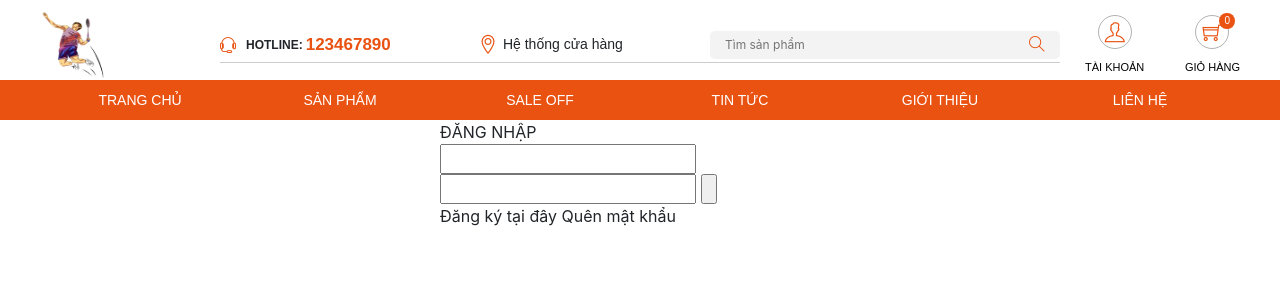
Repository: Namtran3107/CauLongSo1
Page: login.html
An editor plug-in stored every save of this project. The page is shown before and after the next save, followed by the edit.
The browser window is 1280 px wide. The pictures show the whole page.

Above is the page before, as saved 2022-12-11 14:06:09.

### login.html
<!DOCTYPE html>
<html lang="en">
<head>
    <meta charset="UTF-8">
    <meta http-equiv="X-UA-Compatible" content="IE=edge">
    <meta name="viewport" content="width=device-width, initial-scale=1.0">
    <link rel="stylesheet" href="./index.css">
    <link rel="stylesheet" href="./login.css">
    <link rel="stylesheet" href="./themify-icons-font/themify-icons/themify-icons.css">
    <link rel="stylesheet" href="https://stackpath.bootstrapcdn.com/bootstrap/4.3.1/css/bootstrap.min.css" integrity="sha384-ggOyR0iXCbMQv3Xipma34MD+dH/1fQ784/j6cY/iJTQUOhcWr7x9JvoRxT2MZw1T" crossorigin="anonymous">
    <title>Cau Long So 1</title>
</head>
<body>
    <div id="body-all-website">
        <div id="body-width-all">
            <div id="header-website-top">
                <div class="header-website">
                    <div class="header-logo-and-account-all">
                        <a href="" class="header-logo-website">
                            <img src="./img/pngtree-badminton-fitness-little-boy-image_1289549.png" alt="" class="header-logo">
                        </a>
                        <div class="header-phone-location-search">
                            <div class="header-phone-location-search-list">
                                <div class="header-phone-number">
                                    <div class="header-logo-number"><div class="ti-headphone-alt"></div></div>
                                    <div class="header-content-phone-number">HOTLINE: </div>
                                    <div class="header-phone-number-item">123467890</div>
                                </div>
                                <div class="header-location-store">
                                    <div class="header-logo-location"><div class="ti-location-pin"></div></div>
                                    <div class="header-content-location">Hệ thống cửa hàng</div>
                                </div>
                                <div class="header-search-product">
                                    <input type="text" name="" id="" class="header-input-search" placeholder="Tìm sản phẩm">
                                    <a href="" class="header-logo-search"><div class="ti-search"></div></a>
                                    <div class="header-input-history-all">
                                        <div class="header-input-history-list">
                                            <div class="header-input-history-content">
                                                <div class="header-input-history-name-content">Tìm kiếm gần đây</div>
                                            </div>
                                            <div class="header-input-history-item">
                                                <a href="" class="input-history-img"><img src="./img/history.PNG" alt=""></a>
                                                <div class="input-history-name-procduc-and-price">
                                                    <a href="" class="input-history-name-procduc"><div>Giày cầu lông trẻ em Kumpoo KH-F07J xanh chính hãng</div></a>
                                                    <div class="input-history-product-price">690.000 ₫</div>
                                                </div>
                                                <a href="" class="input-history-delete"><div class="ti-close"></div></a>
                                            </div>
                                            <div class="header-input-history-item">
                                                <a href="" class="input-history-img"><img src="./img/history.PNG" alt=""></a>
                                                <div class="input-history-name-procduc-and-price">
                                                    <a href="" class="input-history-name-procduc"><div>Giày cầu lông trẻ em Kumpoo KH-F07J xanh chính hãng</div></a>
                                                    <div class="input-history-product-price">690.000 ₫</div>
                                                </div>
                                                <a href="" class="input-history-delete"><div class="ti-close"></div></a>
                                            </div>
                                            <div class="header-input-history-item">
                                                <a href="" class="input-history-img"><img src="./img/history.PNG" alt=""></a>
                                                <div class="input-history-name-procduc-and-price">
                                                    <a href="" class="input-history-name-procduc"><div>Giày cầu lông trẻ em Kumpoo KH-F07J xanh chính hãng</div></a>
                                                    <div class="input-history-product-price">690.000 ₫</div>
                                                </div>
                                                <a href="https://www.facebook.com/" class="input-history-delete"><div class="ti-close"></div></a>
                                            </div>
                                        </div>
                                    </div>
                                </div>
                            </div>
                        </div>
                        <div class="header-account-website">
                            <div class="account-header-list">
                                <div class="account-website">
                                    <div class="logo-account-website">
                                        <div class="ti-user"></div>
                                        <div class="content-account-website content-account-website-color">TÀI KHOẢN</div>
                                        <div class="account-login-and-register">
                                            <a href="" class="account-login-register-list">
                                                <div class="account-login-register-logo"><div class="ti-share"></div></div>
                                                <div class="ccount-login-register-content">Đăng nhập</div>
                                            </a>
                                            <a href="" class="account-login-register-list">
                                                <div class="account-login-register-logo"><div class="ti-share-alt"></div></div>
                                                <div class="ccount-login-register-content">Đăng ký</div>
                                            </a>
                                        </div>
                                    </div>
                                    <div class="cart-website-header">
                                        <a href="" class="cart-website">
                                            <div class="ti-shopping-cart"></div>
                                            <div class="content-cart-website content-account-website-color">GIỎ HÀNG</div>
                                        </a>
                                        <div class="cart-list">
                                            <div class="cart-list-son">
                                                <div class="cart-list-logo"><div class="ti-bag"></div></div>
                                                <span class="cart-list-text">Không có sản phẩm nào trong giỏ hàng của bạn</span>
                                            </div>
                                        </div>
                                    </div>
                                </div>
                            </div>
                        </div>
                    </div>
                    <div class="header-menu-website">
                        <ul class="menu-website-list">
                            <li><a href="./index.html" class="menu-website-item">TRANG CHỦ</a></li>
                            <li><a href="./product.html" class="menu-website-item">SẢN PHẨM</a></li>
                            <li><a href="./saleoff.html" class="menu-website-item">SALE OFF</a></li>
                            <li><a href="./news.html" class="menu-website-item">TIN TỨC</a></li>
                            <li><a href="./recomend.html" class="menu-website-item">GIỚI THIỆU</a></li>
                            <li><a href="./contact.html" class="menu-website-item">LIÊN HỆ</a></li>
                        </ul>
                    </div>
                </div>
            </div>
            <div id="body-website-login">
                <div class="body-website-login-list">
                    <div class="body-website-login-item">
                        <div class="table-login-list">
                            <div class="login-content-list">
                                <span class="login-content-header">ĐĂNG NHẬP</span>
                                <span class="decor"></span>
                            </div>
                            <div class="login-input-list">
                                <input type="text" class="login-input-item">
                                <input type="text" class="login-input-item">
                                <input type="button" class="login-input-item">
                            </div>
                            <div class="login-input-text-list">
                                <span class="login-input-text-item">Đăng ký tại đây</span>
                                <span class="login-input-text-item">Quên mật khẩu</span>
                            </div>
                        </div>
                    </div>
                </div>
            </div>
        </div>
    </div>
</body>
</html>

### index.css
ul, body{
    padding: 0;
    margin: 0;
}
li{
    list-style-type: none;
}
a{
    text-decoration: none;
}
:root {
    --color-website: #e95211;
}
body::-webkit-scrollbar{
    width: 10px;
}
body::-webkit-scrollbar-thumb{
    border-radius: 100px;
    background-image: linear-gradient(to bottom, var(--color-website), #fcaf17);
}
body::-webkit-scrollbar-track{
    border-radius: 100rem;
}
/* HEADER ***********/
#header-website-top{
    width: 100%;
    margin: 0 auto;
}
.header-website{
    margin-top: 10px;
}
.header-logo{
    width: 70px;
    height: 70px;
}
.menu-website-list{
    width: 1200px;
    height: 100%;
    margin: 0 auto;
    display: flex;
    margin-bottom: 0;
}
.menu-website-list li{
    width: calc(100% / 6);
    height: 100%;
    display: flex;
    align-items: center;
    justify-content: center;
}
.menu-website-item{
    width: 100%;
    padding: 12px 0;
    font-size: 14px;
    color: white;
    font-family: sans-serif;
    text-align: center;
    transition: 0.3s linear;
    text-decoration: none;
}
.menu-website-item:hover{
    color: var(--color-website);
    text-decoration: none;
    background-color: white;
}
.header-phone-location-search{
    display: flex;
    height: 35px;
    width: 70%;
    border-bottom: 1px solid rgb(0, 0, 0, 0.2);
}
.header-phone-number{
    display: flex;
    align-items: center;
}
.header-logo-number, .header-phone-number-item,
.header-logo-location, .header-logo-search{
    color: var(--color-website);
}
.header-phone-location-search-list{
    display: flex;
    justify-content: space-between;
    align-items: center;
    width: 100%;
}
.header-content-phone-number{
    font-size: 12px;
    font-family: sans-serif;
    font-weight: 600;
    margin-left: 10px;
}
.header-phone-number-item{
    font-size: 17px;
    font-weight: 600;
    font-family: sans-serif;
    margin-left: 3px;
}
.header-location-store{
    display: flex;
}
.header-logo-location{
    font-size: 20px;
}
.header-content-location{
    font-size: 14px;
    font-family: sans-serif;
    font-weight: 500;
    margin-left: 5px;
}
.header-search-product{
    display: flex;
    position: relative;
}
.header-input-search{
    font-size: 12px;
    outline: none;
    border: transparent;
    background-color: #f3f3f3;
    width: 350px;
    padding: 5px 0px 5px 15px;
    border-radius: 5px;
}
.header-logo-search{
    position: absolute;
    top: 5px;
    right: 0;
    font-weight: 600;
    padding: 0px 15px 0 10px;
    text-decoration: none;
}
.header-logo-search:hover{
    text-decoration: none;
    color: var(--color-website);
}
.header-logo-website, .header-account-website{
    width: 15%;
}
.header-menu-website{
    width: 100%;
    height: 40px;
    background-color: var(--color-website);
}
.ti-user, .ti-shopping-cart{
    font-size: 20px;
    color: var(--color-website);
    padding: 6px;
    border-radius: 50%;
    border: 1px solid rgb(0, 0, 0, 0.3);
}
.account-header-list{
    display: flex;
    height: 100%;
    align-items: center;
}
.account-website{
    display: flex;
    justify-content: space-between;
    width: 100%;
    margin-left: 25px;
}
.logo-account-website, .cart-website{
    display: flex;
    flex-direction: column;
    align-items: center;
    position: relative;
    text-decoration: none;
}
.account-login-and-register::after{
    position: absolute;
    content: "";
    width: 100%;
    height: 30px;
    top: -20px;
    left: 0;
    right: 0;
}
.logo-account-website:hover{
    cursor: pointer;
}
.logo-account-website:hover .content-account-website-color{
    color: var(--color-website);
}
.logo-account-website:hover .account-login-and-register{
    display: block;
}
.account-login-and-register{
    position: absolute;
    width: 140px;
    height: 60px;
    top: 100%;
    background-color: white;
    z-index: 2;
    border-radius: 5px;
    margin-top: 7px;
    display: none;
}.account-login-and-register::before{
    position: absolute;
    content: "";
    border: 9px solid;
    border-color: transparent transparent var(--color-website) transparent;
    top: -18px;
    left: 50%;
    transform: translateX(-50%);
}
.account-login-register-list:hover{
    background-color: var(--color-website);
    color: white;
    text-decoration: none;
}
.account-login-register-list{
    display: flex;
    height: 50%;
    justify-content: center;
    align-items: center;
    border-radius: 5px;
    color: black;
    transition: 0.2s linear;
}
.account-login-register-logo{
    font-size: 17px;
}
.ccount-login-register-content{
    font-size: 14px;
    font-family: sans-serif;
    margin-left: 5px;
}
.cart-website:hover{
    text-decoration: none;
}
.cart-website::before{
    position: absolute;
    content: "0";
    color: white;
    font-size: 10px;
    font-family: sans-serif;
    background-color: var(--color-website);
    padding: 0.7px 5px;
    border-radius: 50%;
    top: -2px;
    right: 5px;
}
.content-account-website, .content-cart-website{
    font-size: 11px;
    font-family: sans-serif;
    color: black;
    margin-top: 10px;
}
.header-logo-and-account-all{
    display: flex;
    justify-content: space-between;
    align-items: center;
    width: 1200px;
    margin: 0 auto;
}
.header-input-search:focus ~ .header-input-history-all{
    display: block;
}
.header-input-history-all{
    position: absolute;
    top: calc(100% + 5px);
    left: 0;
    right: 0;
    bottom: 0;
    width: 100%;
    z-index: 5;
    display: none;
}
.header-input-history-list{
    background-color: white;
    padding: 10px;
    height: 320px;
    box-shadow: 0px 4px 5px;
    border-radius: 10px;
}
.input-history-img img{
    width: 70px;
    height: 70px;
}
.header-input-history-name-content{
    font-size: 17px;
    font-family: sans-serif;
    font-weight: 600;
    opacity: 0.8;
    padding-bottom: 3px;
    border-bottom: 1px solid rgb(0, 0, 0, 0.2);
}
.header-input-history-item{
    display: flex;
    align-items: center;
    margin-top: 10px;
    padding: 5px;
}
.input-history-name-procduc-and-price{
    padding: 5px;
}
.input-history-name-procduc{
    font-size: 14px;
    font-family: sans-serif;
    color: #000;
}
.input-history-name-procduc div{
    line-height: 18px;
}
.input-history-name-procduc:hover{
    color: var(--color-website);
    text-decoration: none;
}
.input-history-product-price{
    font-size: 15px;
    font-weight: 600;
    color: red;
}
.input-history-delete{
    color: #000;
    padding: 7px;
    border-radius: 50%;
}
.input-history-delete:hover{
    color: black;
    opacity: 0.7;
    text-decoration: none;
    background-color: rgb(231, 231, 231);
}
.cart-website-heade{
    position: relative;
}
.cart-list{
    position: absolute;
    width: 340px;
    top: 100%;
    right: 0;
    background-color: white;
    z-index: 5;
    border-radius: 5px;
    box-shadow: 0px 0px 1px black;
    display: none;
}
.cart-website-header{
    position: relative;
}
.cart-website-header:hover .cart-list{
    display: block;
}
.cart-list::before{
    position: absolute;
    content: "";
    top: -15px;
    right: 0;
    left: 0;
    height: 20px;
}
.cart-list-son{
    display: flex;
    flex-direction: column;
    align-items: center;
    padding: 15px 5px;
}
.ti-bag{
    font-size: 80px;
    color: black;
    opacity: 0.7;
}
.cart-list-text{
    font-size: 13px;
    font-family: sans-serif;
    color: black;
    margin-top: 20px;
}
/* Body************************* */
#body-product{
    width: 1200px;
    margin: 0 auto;
}
.content-new-product{
    margin: 30px 0;
    text-align: center;
}
.name-content-news{
    color: var(--color-website);
    font-size: 27px;
    font-family: sans-serif;
    font-weight: 600;
}
.name-content-news:hover{
        color: var(--color-website);
        text-decoration: none;
}
.product-new-item-box{
    padding: 15px 10px 10px;
    display: flex;
    flex-direction: column;
    width: 100%;
    height: 300px;
}
.product-trailer-new-background{
    background-color: #fcaf17;
    border-radius: 10px;
}
.product-new-item-box-img{
    width: 100%;
    height: 210px;
    overflow: hidden;
}
.product-new-item-img-item{
    width: 196px;
    height: 100%;
    transition: 0.2s linear;
}
.product-new-item-img-item:hover{
    transform: scale(1.2);
}
.product-trailer-new-list-all{
    padding: 30px 20px 0;
}
.product-trailer-new-list{
    margin: 0;
    display: flex;
    overflow-x: scroll;
    border-radius: 5px;
    padding-bottom: 7px;
    cursor: grab;
}
.product-trailer-new-list::-webkit-scrollbar{
	background-color: #fcaf17;
    width: 5px;
}
.product-trailer-new-list::-webkit-scrollbar-track{
	border-radius: 10px;
	background-color: #fcaf17;
}
.product-trailer-new-list::-webkit-scrollbar-thumb{
	border-radius: 10px;
	background-image: linear-gradient(to bottom, var(--color-website), #fcaf17);
}
.product-trailer-new-item{
    height: auto;
    background-color: white;
    margin-left: 20px;
    border-radius: 5px;
    width: calc(calc(100% / 5));
}
.product-trailer-new-item:first-child{
    margin-left: 0;
}
.product-new-item-box-name{
    font-size: 14px;
    font-family: sans-serif;
    text-decoration: none;
    color: black;
}
.product-new-item-box-name:hover{
    text-decoration: none;
    color: var(--color-website) !important;
}
.product-new-item-box-prices{
    color: red;
    font-size: 15px;
    margin-top: 7px;
    font-weight: 600;
}
/* Product-link ******************* */
#body-product-list-all{
    margin-top: 20px;
}
.product-link-box{
    width: 100%;
    z-index: 5;
    position: relative;
}
.product-link-item{
    margin-left: 20px;
    width: calc(calc(100% / 4) - 20px);
    margin-top: 15px;
    overflow: hidden;
    position: relative;
    border-radius: 5px;
}
.product-link-box-img{
    width: 100%;
    height: 100%;
    transform: scale(1.1);
    transition: 0.2s linear;
}
.product-link-box-background:hover .product-link-box-img{
    transform: scale(1);
}
.product-link-box-background:hover::after{
    display: block;
    opacity: 0.8;
}
.product-link-box-background:hover::before{
    display: block;
    opacity: 0.6;
}
.product-link-box-background:hover .product-link-content-box{
    background-color: var(--color-website);
}
.product-link-box-background::before{
    position: absolute;
    content: "";
    top: 0;
    left: 0;
    right: 0;
    bottom: 0;
    background-color: white;
    z-index: 3;
    display: none;
}
.product-link-box-background::after{
    position: absolute;
    content: "";
    top: 0;
    left: 0;
    right: 0;
    bottom: 0;
    transform: skew(-10deg) rotate(-10deg) translateY(47%);
    background-color: var(--color-website);
    z-index: 5;
    display: none;
}
.product-link-list-item{
    display: flex;
    margin-left: -20px;
    flex-wrap: wrap;
}
.product-link-box-background{
    width: 100%;
}
.product-link-content-box{
    z-index: 8;
    position: absolute;
    top: 40%;
    left: 50%;
    width: 220px;
    height: 40px;
    background-color: rgba(233,82,17,0.85);
    display: flex;
    justify-content: center;
    align-items: center;
    transform: skew(-10deg) rotate(-10deg) translate(-50%, -50%);
}
.product-link-content-box:hover{
    text-decoration: none;
}
.product-link-content{
    font-size: 22px;
    font-family: sans-serif;
    color: white;
}
.product-sale-off-content{
    margin: 30px 0;
    text-align: center;
}
.sale-off-name-content{
    color: var(--color-website);
    font-size: 30px;
    font-family: sans-serif;
    padding-bottom: 10px;
}
.sale-off-name-content:hover{
    color: var(--color-website);
    text-decoration: none;
}
.product-sale-off-item{
    width: calc(calc(100% / 3) - 20px);
    margin-left: 20px;
}
.product-sale-off-img{
    width: 100%;
}
.product-sale-off-list{
    display: flex;
    margin-left: -20px;
}
.news-paper-content{
    margin: 30px 0;
    text-align: center;
}
.news-paper-name-content{
    color: var(--color-website);
    font-size: 28px;
    font-family: sans-serif;
    padding-bottom: 10px;
}
.news-paper-name-content:hover{
    color: var(--color-website);
    text-decoration: none;
}
.news-paper-list{
    width: calc(calc(100% / 4) + 20px);
    position: relative;
    display: flex;
    flex-direction: column;
    align-items: center;
    height: 330px;
    margin-left: 20px;
}
.news-paper-list:first-child{
    margin-left: 0;
}
.news-paper-img{
    width: 100%;
    transition: 0.25s linear;
}
.news-paper-img:hover{
    transform: scale(1.05);
}
.news-paper-list-all{
    display: flex;
    justify-content: center;
}
.news-paper-list-all-son{
    display: flex;
    overflow-x: scroll;
    overflow-y: hidden;
    padding-bottom: 7px;
    cursor: grab;
}
.news-paper-list-all-son::-webkit-scrollbar-track
{
	border-radius: 10px;
	background-color: #F5F5F5;
}

.news-paper-list-all-son::-webkit-scrollbar
{
	width: 10px;
	background-color: #F5F5F5;
}

.news-paper-list-all-son::-webkit-scrollbar-thumb
{
	border-radius: 10px;
	background-color: rgb(85, 85, 85, 0.6);
}
.news-paper-recommend{
    position: absolute;
    top: 46%;
    width: 90%;
    background-color: white;
    box-shadow: 0px 1px 5px var(--color-website);
}
.news-paper-recommend-son{
    padding: 7px 15px;
    display: flex;
    flex-direction: column;
    align-items: center;
    position: relative;
}
.news-paper-recommend-header{
    font-size: 16px;
    font-weight: 600;
    font-family: sans-serif;
    overflow: hidden;
    text-overflow: ellipsis;
    line-height: 25px;
    -webkit-line-clamp: 2;
    height: 50px;
    display: -webkit-box;
    -webkit-box-orient: vertical;
    opacity: 0.9;
    color: black;
}
.news-paper-recommend-header:hover{
    color: var(--color-website);
    text-decoration: none;
}
.news-paper-item{
    width: 285px;
    box-shadow: 0px 1px 2px 0px black;
    overflow: hidden;
}
.news-paper-recommend-son::after{
    position: absolute;
    content: "";
    left: 0;
    right: 0;
    top: 75px;
    margin: 0 15px;
    border: 1px solid var(--color-website);
}
.news-paper-recommend-day-time{
    color: white;
    background-color: var(--color-website);
    font-size: 12px;
    font-family: sans-serif;
    padding: 2px 7px;
    border-radius: 50px;
    margin-top: 7px;
    z-index: 5;
}
.news-paper-recommend-text{
    font-size: 14px;
    font-family: sans-serif;
    opacity: 0.8;
}
#body-news-paper{
    height: 420px;
}
/********* FOOTER ********/
#footer-website-bottom{
    margin-top: 40px;
    background-color: #222222;
}
#footer-website-all{
    width: 1200px;
    margin: 0 auto;
    padding: 30px 0;
    line-height: 20px;
}
.footer-website-list{
    display: flex;
}
.footer-website-item{
    width: calc(calc(100% / 4) - 20px);
    margin-left: 20px;
}
.footer-website-item:first-child{
    margin-left: 0;
}
.footer-website-item-header, .footer-website-item-contact-bold,
.footer-website-item-last, .footer-website-item-contact-text{
    color: white;
}
.footer-website-item-bold-first, .footer-website-item-contact-color,
.footer-website-item-location{
    color: var(--color-website);
}
.footer-website-item-header{
    font-size: 14px;
    font-family: sans-serif;
    letter-spacing: 1px;
}
.footer-website-item-bold-first{
    font-size: 15px;
    font-family: sans-serif;
    line-height: 20px;
}
.footer-item-text-son{
    margin-top: 10px;
    line-height: 20px;
}
.footer-website-item-contact-bold{
    font-size: 14px;
    font-family: sans-serif;
    font-weight: 600;
}
.footer-website-item-contact-color{
    font-size: 14px;
}
.footer-website-item-contact-color:hover{
    color: var(--color-website);
    text-decoration: none;
}
.footer-website-item-contact-text, .footer-website-item-last{
    font-size: 14px;
    font-family: sans-serif;
}
.footer-website-item-location{
    font-size: 16px;
    font-family: sans-serif;
    font-weight: 600;
}
.footer-website-item-location:hover{
    color: var(--color-website);
    text-decoration: none;
}
.footer-website-item-contact{
    margin-top: 10px;
    line-height: 20px;
}
.footer-website-item-text-a{
    font-size: 14px;
    font-family: sans-serif;
    color: white;
}
.footer-website-item-text-a:hover{
    color: var(--color-website);
    text-decoration: none;
}
.footer-website-item-text-li{
    list-style-type: disc;
    color: white;
    margin: 10px 0 0 20px;
    line-height: 20px;
}
.footer-website-item-text-li:hover{
    color: var(--color-website);
}
.footer-website-item-contact-icon{
    color: white;
    padding: 6px;
    border: 1px solid white;
    border-radius: 50%;
}
.footer-website-item-contact-icon:hover{
    color: var(--color-website);
    text-decoration: none;
    border-color: var(--color-website);
}
.footer-website-item-contact-icon:last-child{
    margin-left: 15px;
}
.footer-website-item-contact:last-child{
    display: flex;
    margin-top: 20px;
}

### login.css
.body-website-login-list{
    width: 1200px;
    margin: 0 auto;
}
.body-website-login-item{
    width: 400px;
    height: 340px;
    margin: 0 auto;
}

Loaded but not shown: themify-icons-font/themify-icons/themify-icons.css (common file)

After the next save:
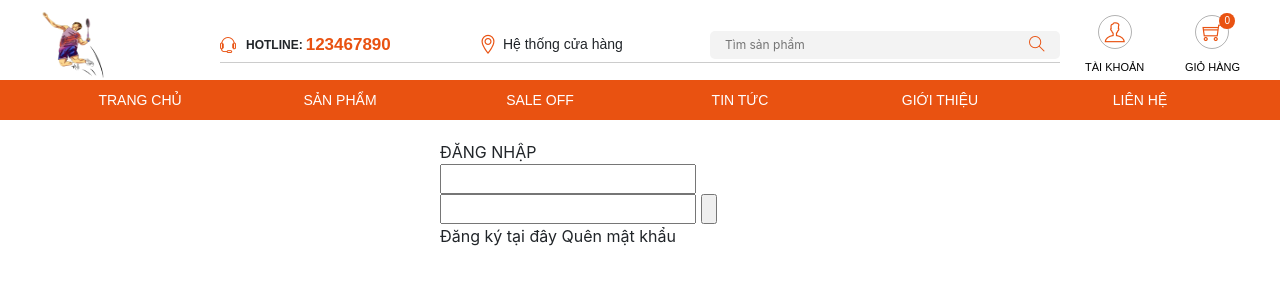
Saved 13 s later.
--- a/login.css
+++ b/login.css
@@ -5,5 +5,5 @@
 .body-website-login-item{
     width: 400px;
     height: 340px;
-    margin: 0 auto;
+    margin: 20px auto 0;
 }
